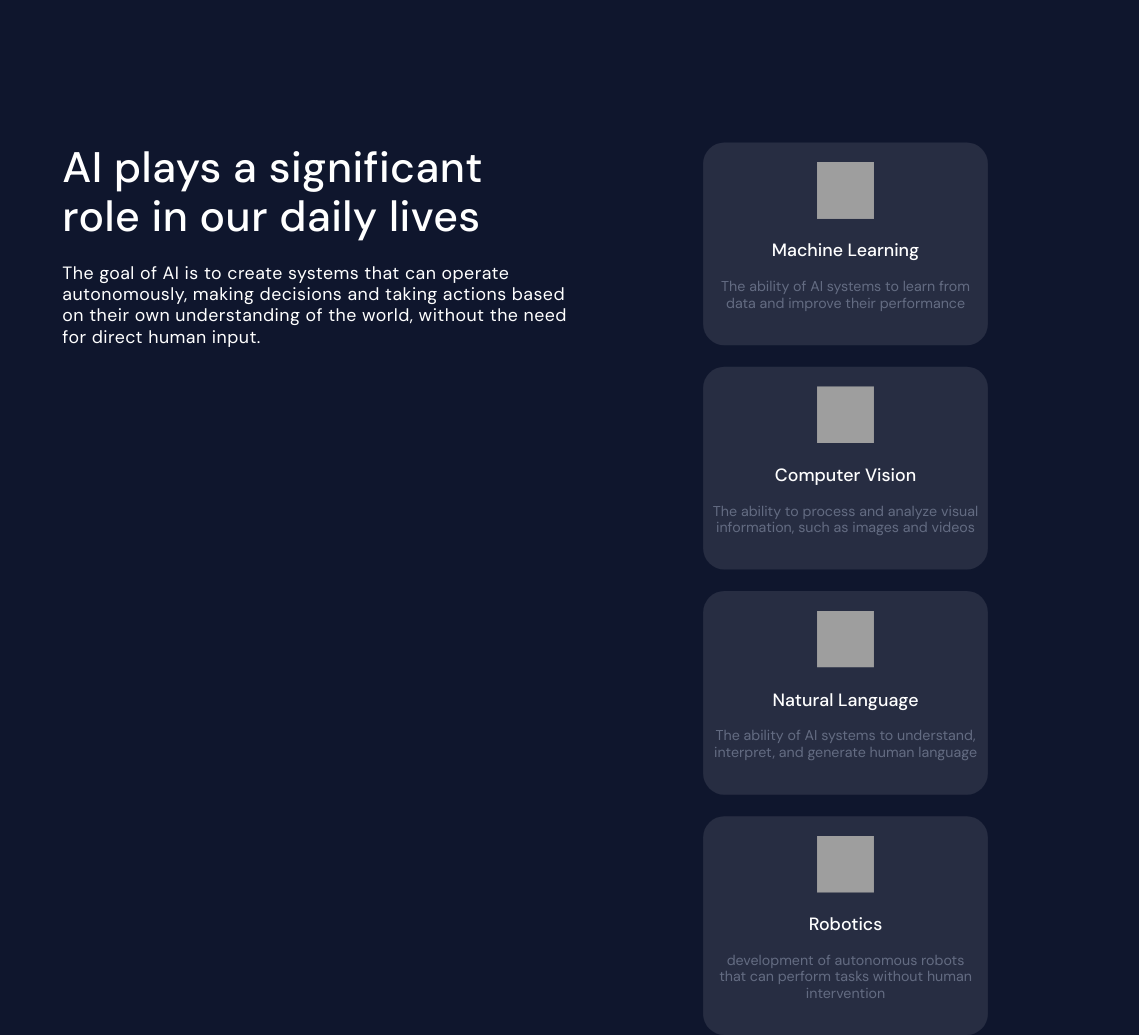
Repository: guli95/four-areas-of-AI-INVO-ACAdemy
Page: /
The author's editor kept a copy of each file at every save. The page is drawn from the files as they stood at one save, then again after the next save.
The browser window is 1280 px wide. The pictures show the whole page, at 89% of full size.
Pictures or frames that could not be fetched are drawn as grey boxes. The project was rebuilt for these pictures with package versions that can differ from the ones it lists, and the page was loaded fresh each time.

Above is the page before, as saved 2023-03-13 15:15:37.

After the next save:
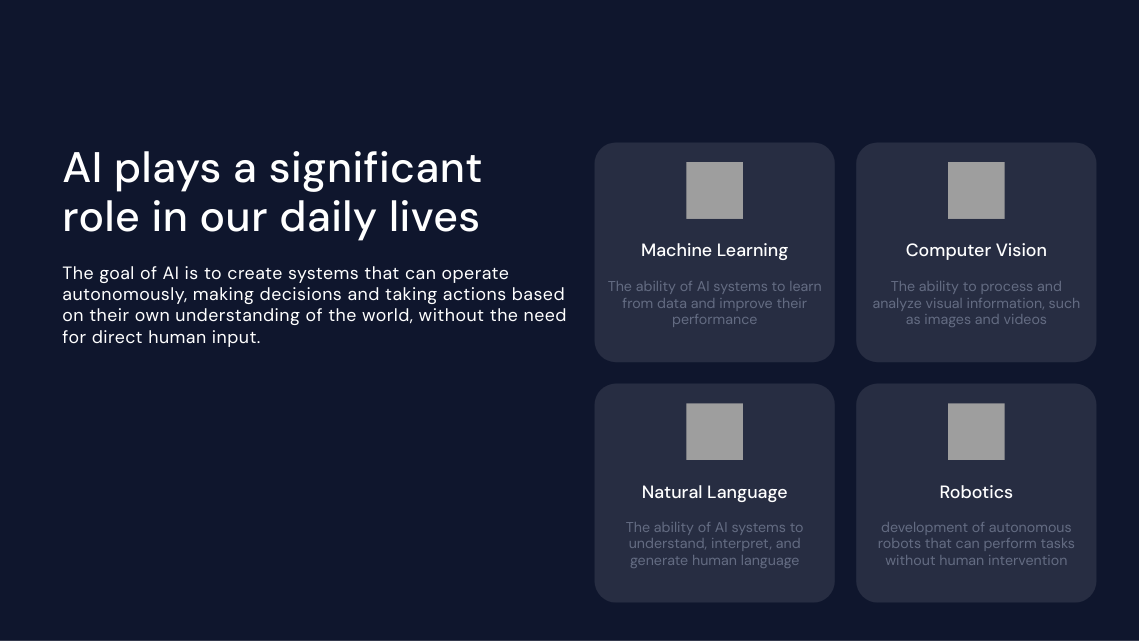
Saved 6 s later.
--- a/src/pages/home-page/styles/home-page.scss
+++ b/src/pages/home-page/styles/home-page.scss
@@ -71,7 +71,7 @@
             flex-direction: column;
             justify-content: space-around;
             align-items: center;
-            width: 300px;
+            width: 250px;
             padding: 22px 10px;
             background-color:var(--color-secondary-grey);
             text-align: center;
